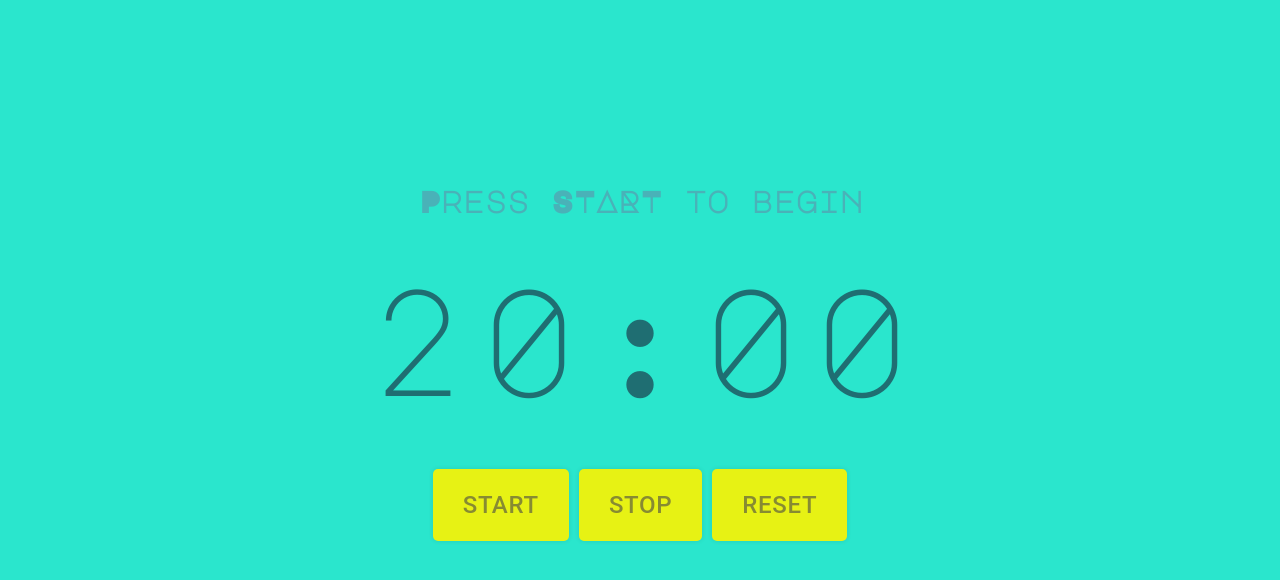
Repository: realistmccoy/pomodoro
Page: /
The author's editor kept a copy of each file at every save. The page is drawn from the files as they stood at one save, then again after the next save.
The browser window is 1280 px wide. The pictures show the whole page.
The project was rebuilt for these pictures with package versions that can differ from the ones it lists, and the page was loaded fresh each time.

Above is the page before, as saved 2020-12-10 01:01:33.

### src/App.js
import React, { useState, useRef } from 'react';
import './App.css';
import { Button } from '@material-ui/core';

function padTime(time) {
	return time.toString().padStart(2, '0');
}

export default function App() {
	const [title, setTitle] = useState('Press START to begin');
	const [timeLeft, setTimeLeft] = useState(20 * 60);
	const intervalRef = useRef(null);

	function startTimer() {
		setTitle('FOCUS');
		intervalRef.current = setInterval(() => {
			setTimeLeft((timeLeft) => {
				if (timeLeft >= 1) return timeLeft - 1;

				return 0;
			});
		}, 1000);
	}

	function stopTimer() {
		setTitle('Get back to work');
		clearInterval(intervalRef.current);
		console.log(intervalRef.current);
	}

	function resetTimer() {
		clearInterval(intervalRef.current);
		setTitle('Ready to go another round?');
		setTimeLeft(20 * 60);
	}

	const minutes = padTime(Math.floor(timeLeft / 60));
	const seconds = padTime(timeLeft - minutes * 60);

	return (
		<div className='app'>
			<h2>{title}</h2>

			<div className='timer'>
				<span>{minutes}</span>
				<span>:</span>
				<span>{seconds}</span>
			</div>

			<div className='buttons'>
				<Button onClick={startTimer}>Start</Button>
				<Button onClick={stopTimer}>Stop</Button>
				<Button onClick={resetTimer}>Reset</Button>
			</div>
		</div>
	);
}

### src/App.css
@import url('https://fonts.googleapis.com/css2?family=Major+Mono+Display&display=swap');

* {
  box-sizing: border-box;
}

body {
  padding: 0;
  margin: 0;
  font-family: 'Major Mono Display', monospace;
  line-height: 1.5;
}

.app {
  min-height: 100vh;
  padding-left: 20px;
  padding-right: 20px;
  display: flex;
  flex-direction: column;
  align-items: center;
  justify-content: center;
  background: #2ae6cd;
  color: #2f9153;
}

h2 {
  color: #49b2b8;
  font-size: 30px;
  text-align: center;
  margin: 0;
}

.timer {
  color: #1f6e72;
  font-size: 150px;
  margin-bottom: 20px;
}

.buttons button {
  outline: none;
  border: none;
  font-size: 24px;
  background: #e7f214;
  color: #878b32;
  border-radius: 5px;
  box-shadow: 0 0 5px rgba(0, 0, 0, 0.1);
  padding: 15px 30px;
  cursor: pointer;
  transition: 0.3s ease all;
}

.buttons button:hover {
  border-radius: 10px;
  background: #f5f8ca;
  box-shadow: 0 0 10px rgba(0, 0, 0, 0.15);
  transform: translateY(-2px);
}

.buttons button:not(:last-child) {
  margin-right: 10px;
}

@media (max-width: 780px) {
  h2 {
    font-size: 22px;
  }

  .timer {
    font-size: 80px;
  }

  .buttons button {
    font-size: 18px;
  }
}

Loaded but not shown: public/index.html (common file); src/index.js (common file)

After the next save:
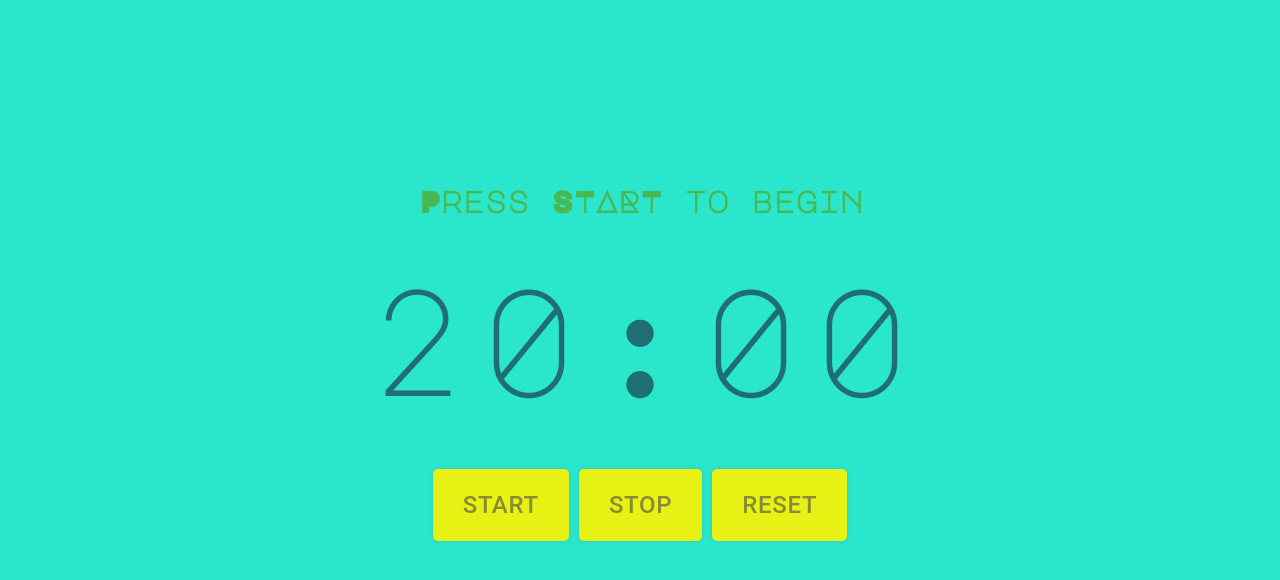
Saved 14 s later.
--- a/src/App.css
+++ b/src/App.css
@@ -24,7 +24,7 @@ body {
 }
 
 h2 {
-  color: #49b2b8;
+  color: #49b850;
   font-size: 30px;
   text-align: center;
   margin: 0;
